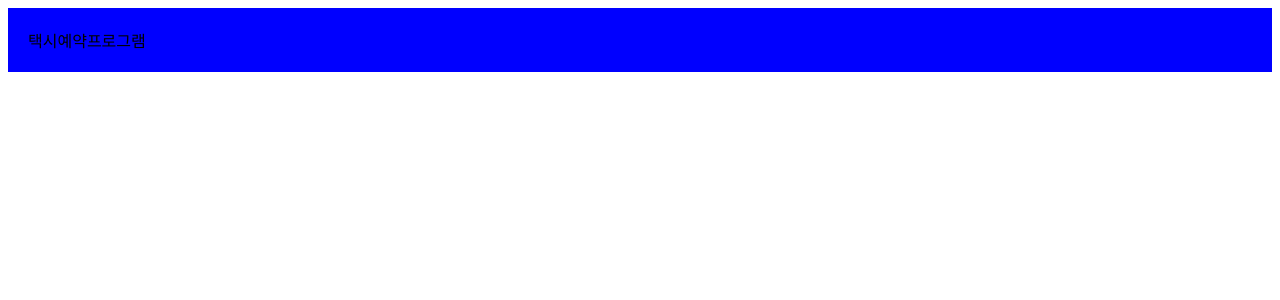
Repository: khs220507/WebClass
Page: http://localhost/prj0828/
The author's editor kept a copy of each file at every save. The page is drawn from the files as they stood at one save, then again after the next save.
The browser window is 1280 px wide. The pictures show the whole page.
The page is served by Tomcat 9. Other server files are loaded and not shown.

Above is the page before, as saved 2023-08-28 02:42:32.

### prj0828/src/main/webapp/index.jsp
<%@ page language="java" contentType="text/html; charset=UTF-8"
    pageEncoding="UTF-8"%>
<!DOCTYPE html>
<html>
<head>
<meta charset="UTF-8">
<title>Insert title here</title>
<link href="./css/index.css" rel="stylesheet"/>
</head>
<body>

<header>
택시예약프로그램
</header>

<nav>
</nav>

<section>
</section>

</body>
</html>

### prj0828/src/main/webapp/css/index.css
@charset "UTF-8";

header{
	padding : 20px;
	background-color: blue;
}

After the next save:
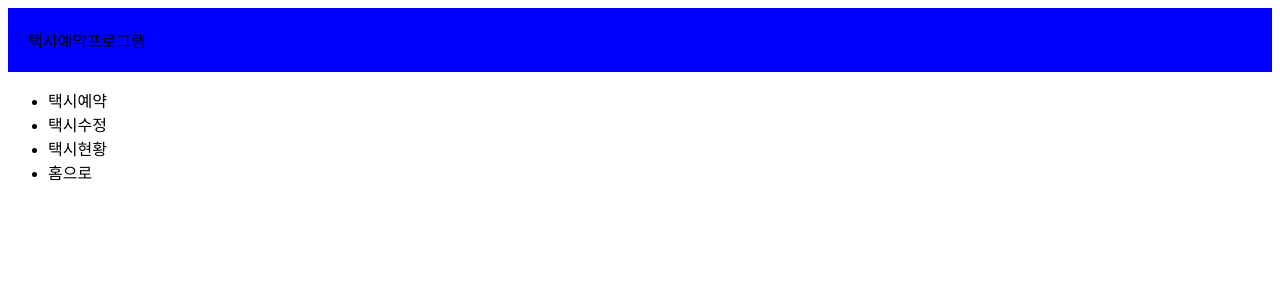
Saved 4 min 45 s later.
--- a/prj0828/src/main/webapp/index.jsp
+++ b/prj0828/src/main/webapp/index.jsp
@@ -14,10 +14,19 @@
 </header>
 
 <nav>
+<ul>
+<li>택시예약</li>
+<li>택시수정</li>
+<li>택시현황</li>
+<li>홈으로</li>
+</ul>
 </nav>
 
 <section>
 </section>
 
+<footer>
+</footer>
+
 </body>
 </html>
